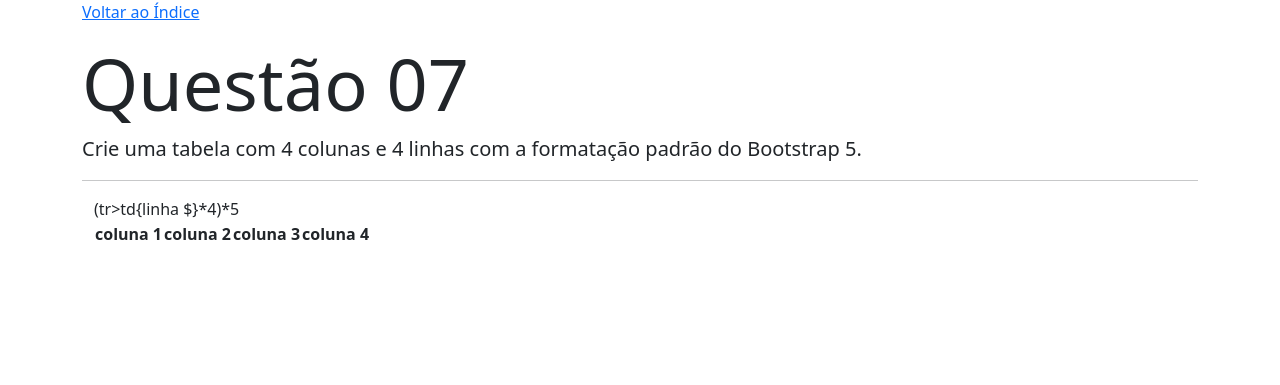
Repository: In-Game-full/Reprograme-se
Page: S-6-InicioBootstrap5/Atividade-pratica-da-semana-1-de-Bootstrap-5-In-Game-full/questao07.html
These files come from the project's save history. The page is drawn as it stood at one moment and after the next save; the edit follows.
The browser window is 1280 px wide. The pictures show the whole page.

Above is the page before, as saved 2023-08-28 21:54:12.

### S-6-InicioBootstrap5/Atividade-pratica-da-semana-1-de-Bootstrap-5-In-Game-full/questao07.html
<!DOCTYPE html>
<html lang="pt-br">

<head>
    <meta charset="UTF-8">
    <meta http-equiv="X-UA-Compatible" content="IE=edge">
    <meta name="viewport" content="width=device-width, initial-scale=1.0">
    <link href="https://cdn.jsdelivr.net/npm/bootstrap@5.2.2/dist/css/bootstrap.min.css" rel="stylesheet">
    <script src="https://cdn.jsdelivr.net/npm/bootstrap@5.2.2/dist/js/bootstrap.bundle.min.js"></script>
    <link rel="stylesheet" href="estilos.css">
    <title>Questão 07</title>
</head>

<body>
    <div class="container">
        <p><a href="index.html">Voltar ao Índice</a></p>
        <h1 class="display-2">Questão 07</h1>
        <p class="lead">Crie uma tabela com 4 colunas e 4 linhas com a formatação padrão do Bootstrap 5.</p>
        <hr>
        <!-- Valor: 1 ponto -->
        <!-- FAZER AQUI -->
        <div class="container">
            <table>
                <thead>
                    <tr>
                        <th>coluna 1</th>
                        <th>coluna 2</th>
                        <th>coluna 3</th>
                        <th>coluna 4</th>
                    </tr>
                </thead>
                <tbody>
                    (tr>td{linha $}*4)*5
                </tbody>
            </table>
        </div>
    </div>
</body>

</html>

### S-6-InicioBootstrap5/Atividade-pratica-da-semana-1-de-Bootstrap-5-In-Game-full/estilos.css
div {
    height: 120px;

}

After the next save:
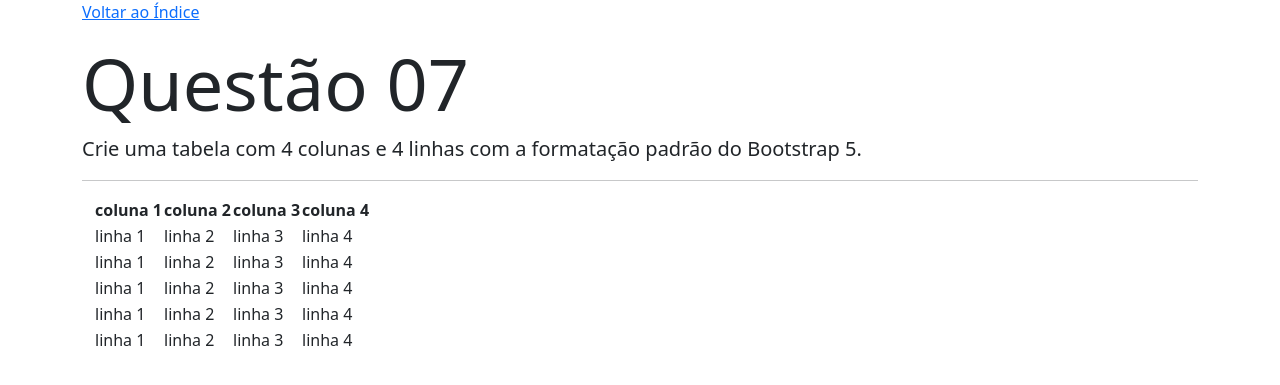
Saved 6 s later.
--- a/S-6-InicioBootstrap5/Atividade-pratica-da-semana-1-de-Bootstrap-5-In-Game-full/questao07.html
+++ b/S-6-InicioBootstrap5/Atividade-pratica-da-semana-1-de-Bootstrap-5-In-Game-full/questao07.html
@@ -30,7 +30,36 @@
                     </tr>
                 </thead>
                 <tbody>
-                    (tr>td{linha $}*4)*5
+                    <tr>
+                        <td>linha 1</td>
+                        <td>linha 2</td>
+                        <td>linha 3</td>
+                        <td>linha 4</td>
+                    </tr>
+                    <tr>
+                        <td>linha 1</td>
+                        <td>linha 2</td>
+                        <td>linha 3</td>
+                        <td>linha 4</td>
+                    </tr>
+                    <tr>
+                        <td>linha 1</td>
+                        <td>linha 2</td>
+                        <td>linha 3</td>
+                        <td>linha 4</td>
+                    </tr>
+                    <tr>
+                        <td>linha 1</td>
+                        <td>linha 2</td>
+                        <td>linha 3</td>
+                        <td>linha 4</td>
+                    </tr>
+                    <tr>
+                        <td>linha 1</td>
+                        <td>linha 2</td>
+                        <td>linha 3</td>
+                        <td>linha 4</td>
+                    </tr>
                 </tbody>
             </table>
         </div>
